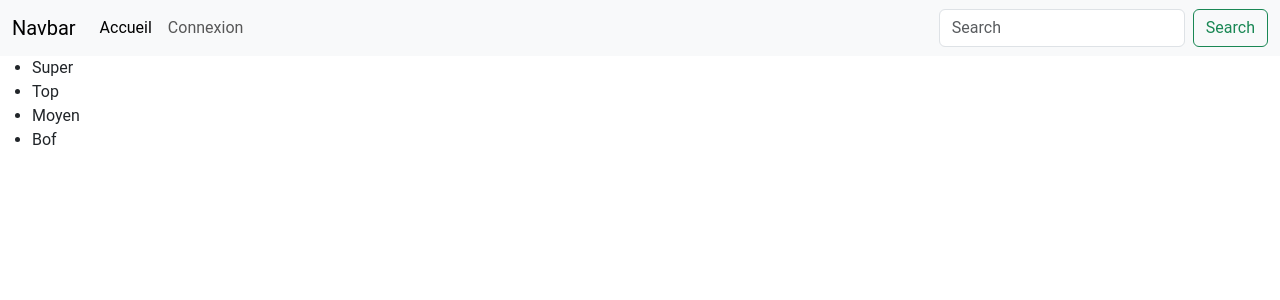
Repository: tecouz/Angular
Page: / (app in projet Angular/demo-angular-dfs2-g2/)
The author's editor kept a copy of each file at every save. The page is drawn from the files as they stood at one save, then again after the next save.
The browser window is 1280 px wide. The pictures show the whole page.
The project was rebuilt for these pictures with package versions that can differ from the ones it lists, and the page was loaded fresh each time. Also part of the build but not shown: projet Angular/demo-angular-dfs2-g2/angular.json, projet Angular/demo-angular-dfs2-g2/src/app/pages/connexion/connexion.component.ts, projet Angular/demo-angular-dfs2-g2/src/app/pages/page404/page404.component.ts.

Above is the page before, as saved 2024-11-25 11:32:07.

After the next save:
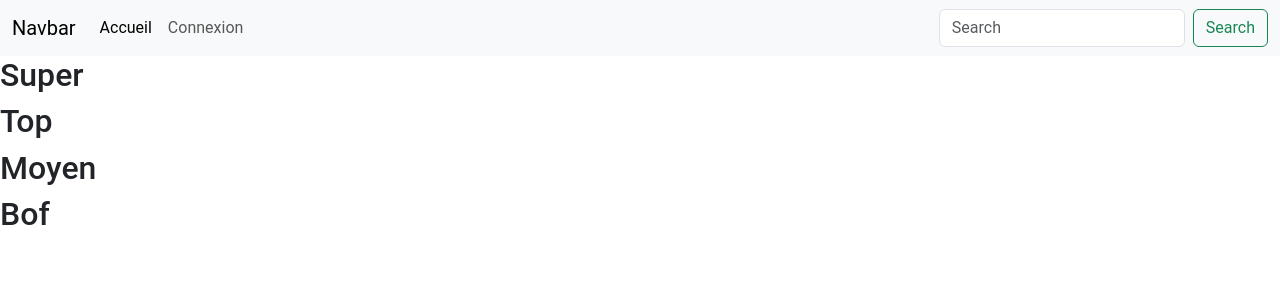
Saved 18 s later.
--- a/projet Angular/demo-angular-dfs2-g2/src/app/pages/accueil/accueil.component.html
+++ b/projet Angular/demo-angular-dfs2-g2/src/app/pages/accueil/accueil.component.html
@@ -1,6 +1,4 @@
-<ul>
-    @for (categorie of listeCategories; track $index) {
+@for (categorie of listeCategories; track $index) {
 
-    <li>{{categorie}}</li>
-    }
-</ul>
+    <h2>{{categorie}}</h2>
+}
